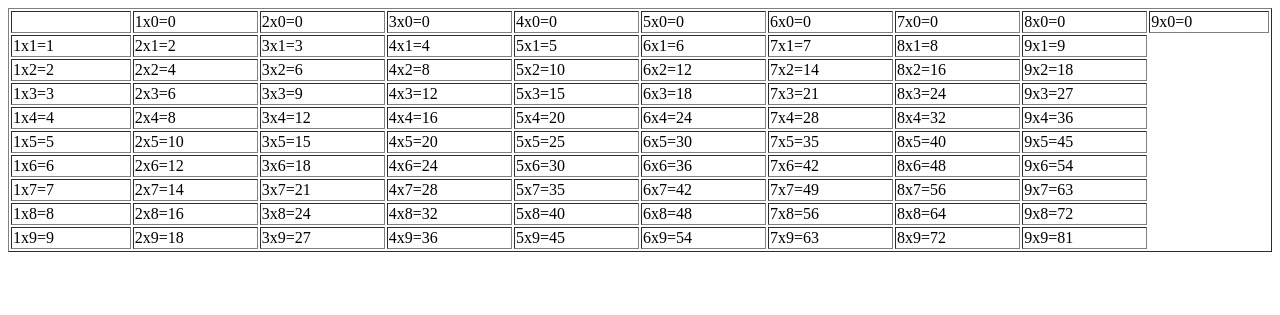
Repository: JeongDaejin/JSP-
Page: http://localhost/ServletTest/expressionTest.jsp
These files come from the project's save history. The page is drawn as it stood at one moment and after a run of saves; the edit follows.
The browser window is 1280 px wide. The pictures show the whole page.
The page is served by Tomcat 9. Other server files are loaded and not shown.

Above is the page before, as saved 2023-02-01 05:49:56.

### JSPExam2/ServletTest/src/main/webapp/expressionTest.jsp
<%@ page language="java" contentType="text/html; charset=EUC-KR"
    pageEncoding="EUC-KR"%>
    <%@ page import="java.util.Calendar" %>
<!DOCTYPE html>


<%
Calendar c =Calendar.getInstance();
int hour=c.get(Calendar.HOUR_OF_DAY);
int minute=c.get(Calendar.MINUTE);
int second=c.get(Calendar.SECOND);
%>
<html>
<head>
<title>구구단</title>
</head>
<body>
<TABLE border="1">

<% for(int i=0; i<10;i++){
	%>
	<tr>
	<% for(int j=1; j<10; j++){

		%>
		<% if(i==0 && j==1){%>
			<td></td>
			<% }%>
			<%-- <% if(i==0){%>
			<td><%=j %>단</td> --%>
		<td style="width: 200pt;"><%=j %>x<%=i %>=<%=i*j %></td>
<%
	}
	%>
	</tr>
	<%
} %>

</TABLE>
<%-- <h1>현재시간 <%=hour %>시 <%=minute %>분 <%=second %>초</h1>
<%if(hour>=12){ %>
<h2>오후 입니다.</h2>
<%} else { %>
<h2>오전 입니</h2> --%>
</body>
</html>

After the next 4 saves:
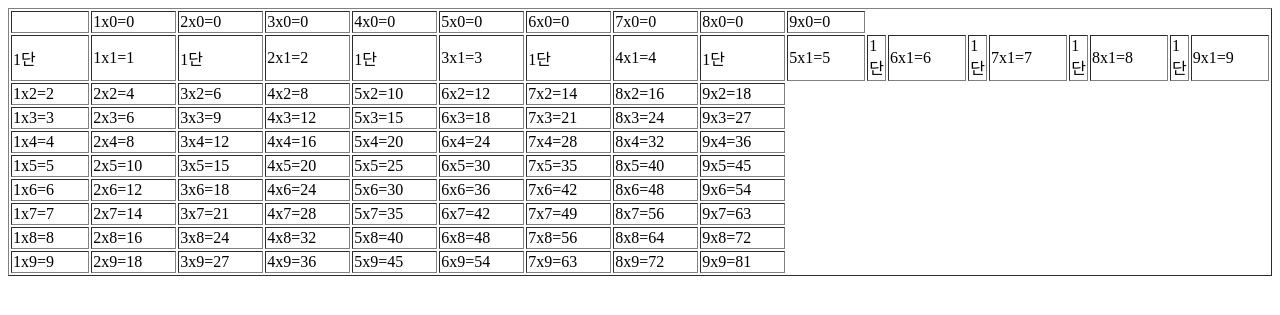
The 4 saves are shown as one change because 1 did not build or start and some came seconds apart.
The last was saved 10 min 23 s later.
--- a/JSPExam2/ServletTest/src/main/webapp/expressionTest.jsp
+++ b/JSPExam2/ServletTest/src/main/webapp/expressionTest.jsp
@@ -26,6 +26,9 @@
 		<% if(i==0 && j==1){%>
 			<td></td>
 			<% }%>
+		<% if (i==1){ %>
+			<td><%=i %>단</td>
+			<% }%>
 			<%-- <% if(i==0){%>
 			<td><%=j %>단</td> --%>
 		<td style="width: 200pt;"><%=j %>x<%=i %>=<%=i*j %></td>

After the save that followed:
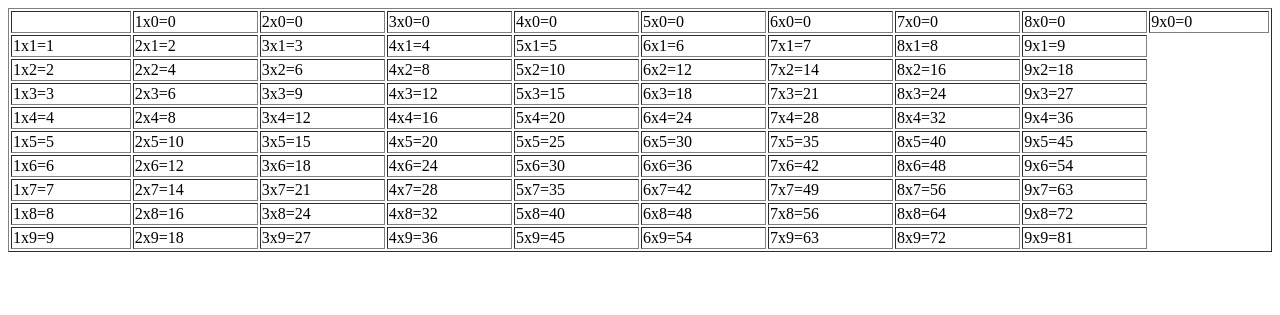
Saved 20 s later.
--- a/JSPExam2/ServletTest/src/main/webapp/expressionTest.jsp
+++ b/JSPExam2/ServletTest/src/main/webapp/expressionTest.jsp
@@ -26,9 +26,9 @@
 		<% if(i==0 && j==1){%>
 			<td></td>
 			<% }%>
-		<% if (i==1){ %>
+		<%-- <% if (i==1){ %>
 			<td><%=i %>단</td>
-			<% }%>
+			<% }%> --%>
 			<%-- <% if(i==0){%>
 			<td><%=j %>단</td> --%>
 		<td style="width: 200pt;"><%=j %>x<%=i %>=<%=i*j %></td>
